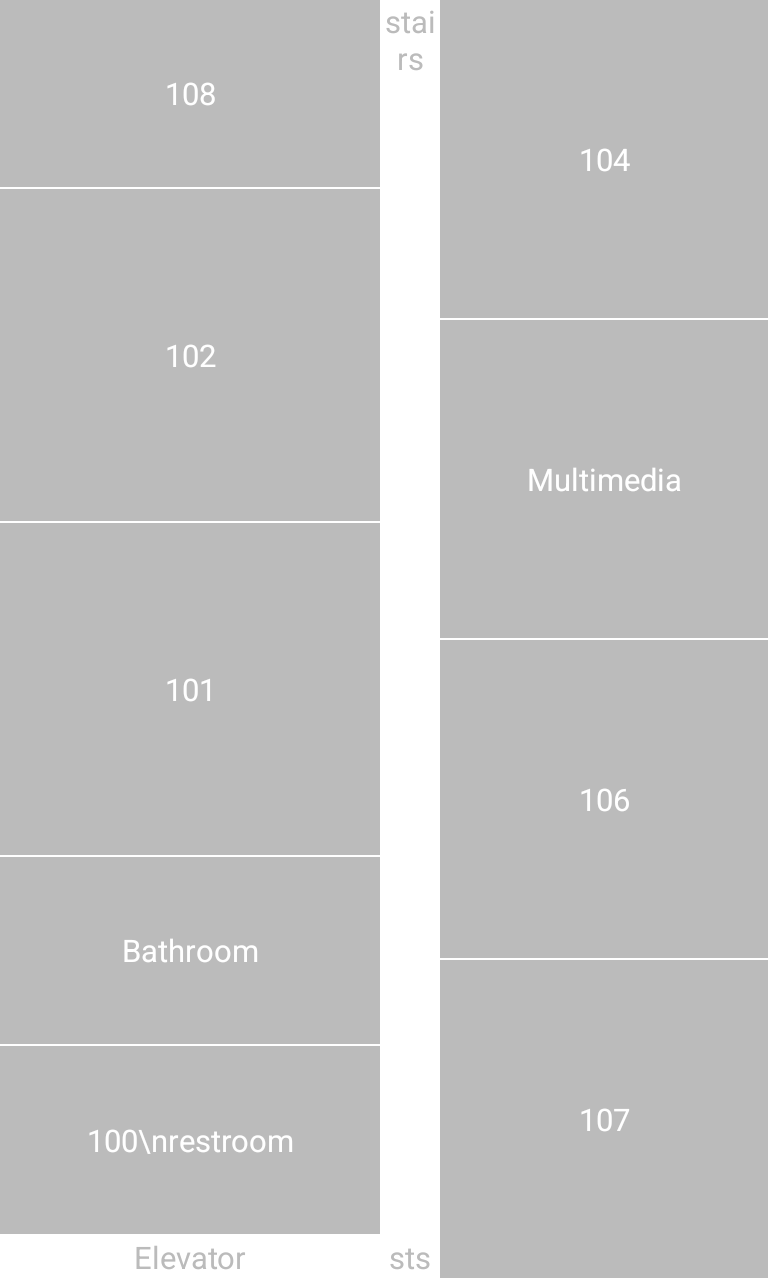
Repository: Choi-HyunWoo/Baddest
Layout: WorkOn_SELLA/workspace/BaddestHansung/res/layout/campus_gonghaka.xml
An editor plug-in stored every save of this project. The layout is shown before and after the next save, followed by the edit.
It is drawn on a 768 x 1280 px phone screen (xhdpi) without system bars, with theme android:Theme.Light.NoTitleBar; the app's code is not run.

Above is the layout before, as saved 2014-05-29 12:08:00.

After the next save:
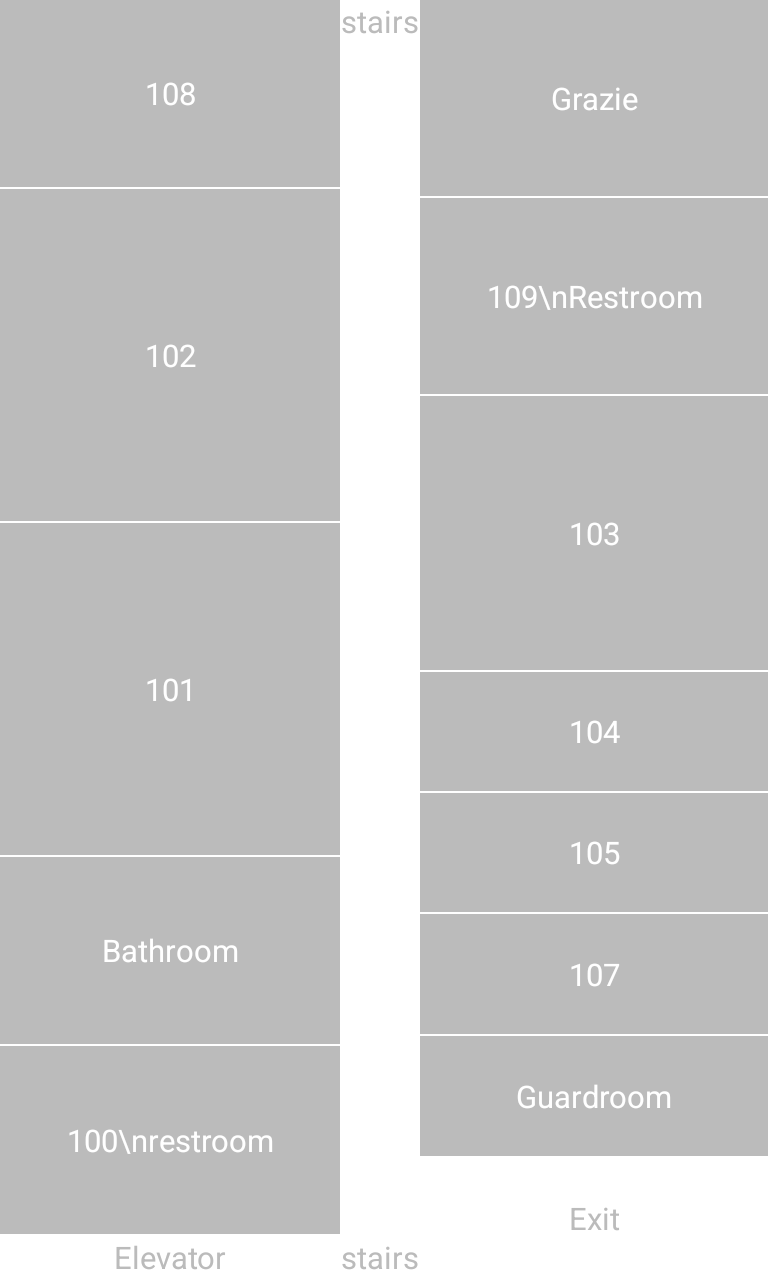
Saved 4 min 43 s later.
--- a/WorkOn_SELLA/workspace/BaddestHansung/res/layout/campus_gonghaka.xml
+++ b/WorkOn_SELLA/workspace/BaddestHansung/res/layout/campus_gonghaka.xml
@@ -31,10 +31,11 @@
             android:text="Elevator"
             android:layout_weight="0"
             style="@style/WhitePlace" />
+
     </LinearLayout>
 
     <RelativeLayout
-    	android:layout_width="30dp"
+    	android:layout_width="40dp"
         android:layout_height="match_parent"
         android:orientation="vertical" >
 	    <TextView
@@ -44,7 +45,7 @@
 	        android:layout_height="wrap_content"
 	        android:layout_alignParentTop="true" />
 	    <TextView
-	        android:text="sts"
+	        android:text="stairs"
 	        style="@style/WhitePlace"
 	        android:layout_width="match_parent"
 	        android:layout_height="wrap_content"
@@ -58,19 +59,33 @@
         android:orientation="vertical" >
 
         <Button
-            style="@style/RoomButton"
-            android:text="104" />
+            android:text="Grazie"
+            android:layout_weight="2"
+            style="@style/RoomButton" />
+        <Button
+            android:text="109\nRestroom"
+            android:layout_weight="2"
+            style="@style/RoomButton" />
+        <Button
+            android:text="103"
+            android:layout_weight="3"
+            style="@style/RoomButton" />
+        <Button
+            android:text="104"
+            style="@style/RoomButton" />
+        <Button
+            android:text="105"
+            style="@style/RoomButton" />
+        <Button
+            android:text="107"
+            style="@style/RoomButton" />
+        <Button
+            android:text="Guardroom"
+            style="@style/RoomButton" />
+        <Button
+            android:text="Exit"
+            android:layout_weight="1"
+            style="@style/WhitePlace" />
 
-        <Button
-            style="@style/RoomButton"
-            android:text="Multimedia" />
-
-        <Button
-            style="@style/RoomButton"
-            android:text="106" />
-
-        <Button
-            style="@style/RoomButton"
-            android:text="107" />
     </LinearLayout>
 </LinearLayout>
